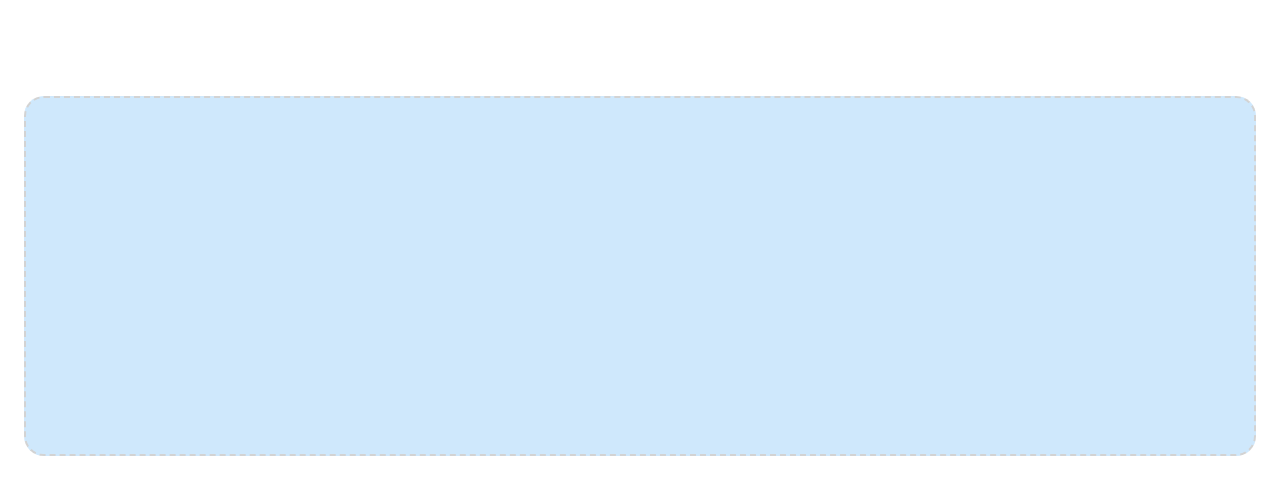
Repository: BhushanPatil-121/pdf-upload-nextjs
Page: /
These files come from the project's save history. The page is drawn as it stood at one moment and after the next save; the edit follows.
The browser window is 1280 px wide. The pictures show the whole page.
The project was rebuilt for these pictures with package versions that can differ from the ones it lists, and the page was loaded fresh each time. The framework's server and built-in components were replaced by stand-ins that run in the browser. Also part of the build but not shown: next.config.mjs.

Above is the page before, as saved 2024-02-29 11:31:47.

After the next save:
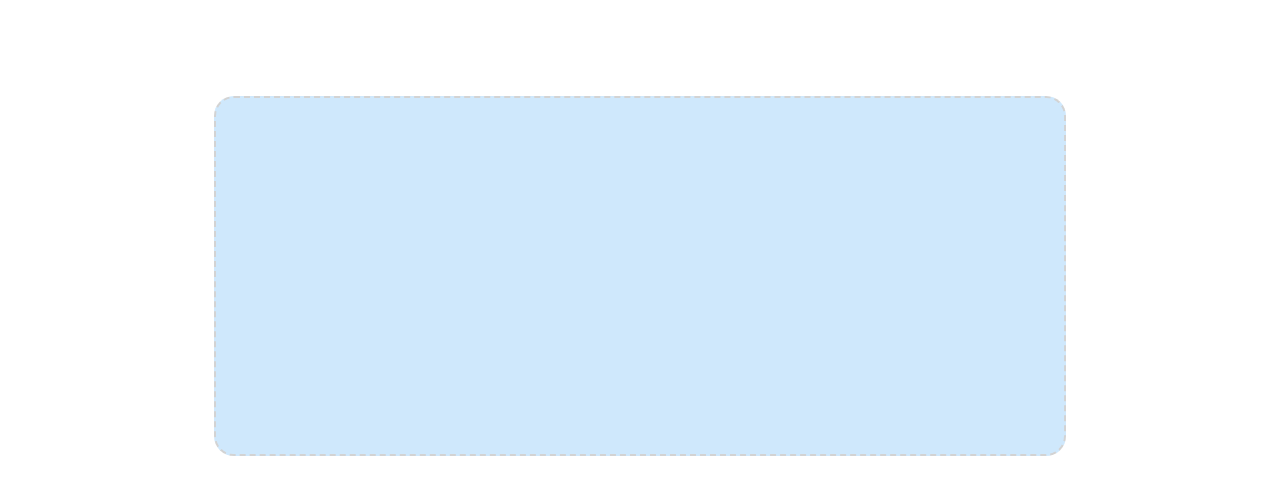
Saved 10 s later.
--- a/src/app/page.tsx
+++ b/src/app/page.tsx
@@ -45,7 +45,7 @@ export default function Home() {
   }
   return (
     <main className={styles.main}>
-      <Container maxWidth="xl">
+      <Container maxWidth="md">
         <Box  className={styles.mainContainer }
         sx={{ bgcolor: '#cfe8fc', height: '50vh' }}>
 
